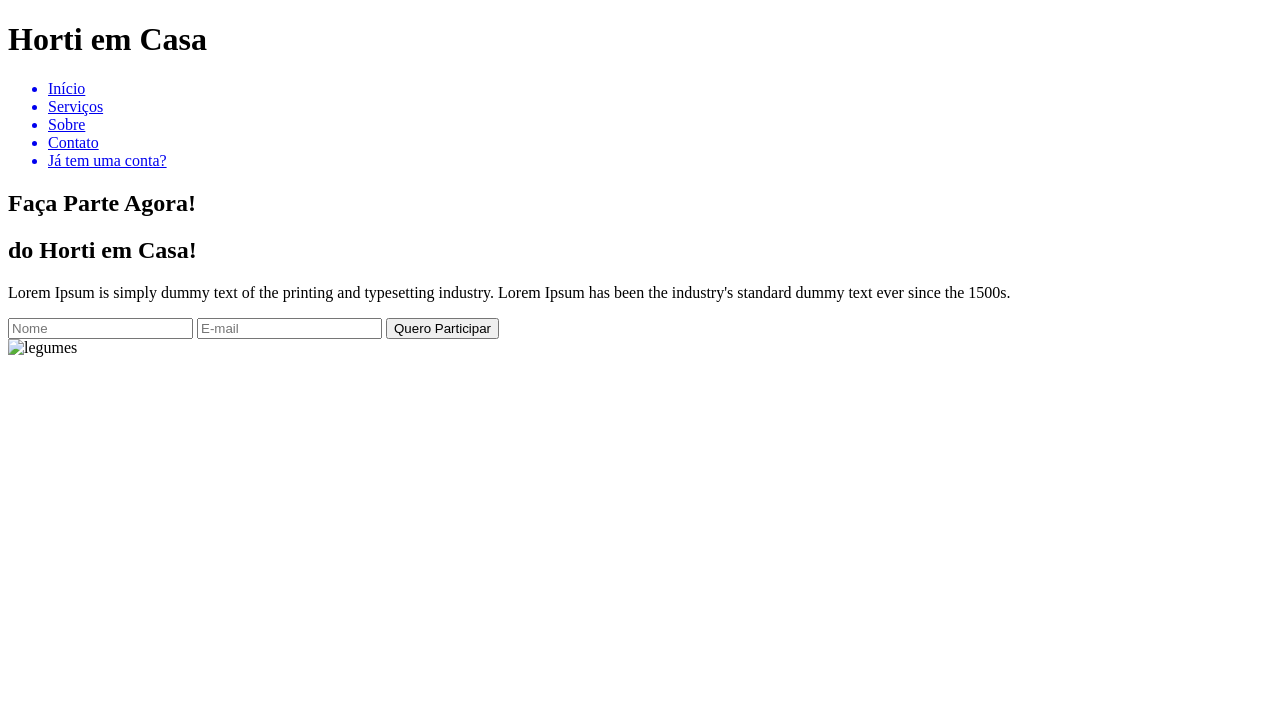
Repository: gabrielcastroo/horti-em-casa
Page: index.html
The author's editor kept a copy of each file at every save. The page is drawn from the files as they stood at one save, then again after the next save.
The browser window is 1280 px wide. The pictures show the whole page.

Above is the page before, as saved 2022-04-13 09:55:12.
Not found: .components/images/legumes.png

After the next save:
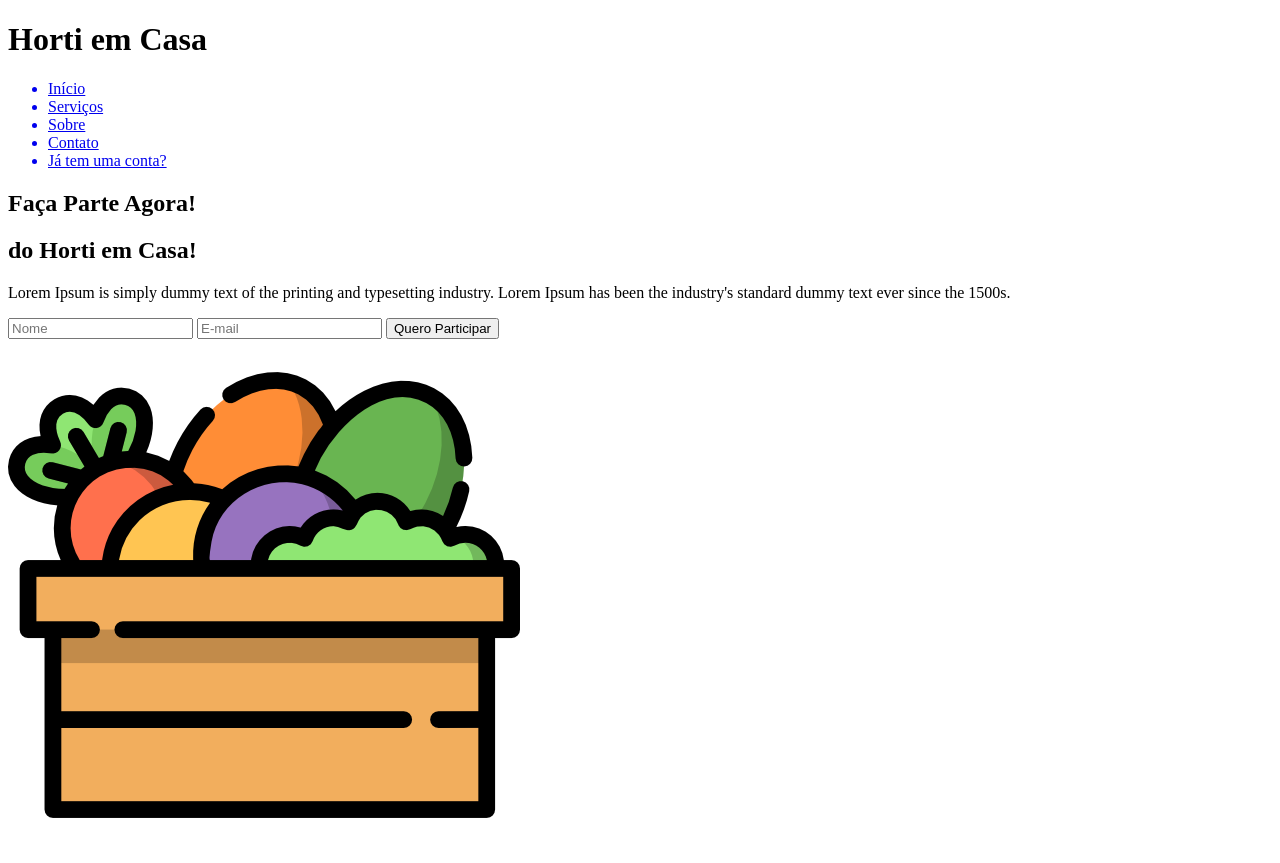
Saved 109 s later.
--- a/index.html
+++ b/index.html
@@ -42,7 +42,7 @@
         </aside>
 
         <article>
-            <img src=".components/images/legumes.png" alt = "legumes">
+            <img src="legumes.png" alt = "legumes">
         </article>
     </main>
 
